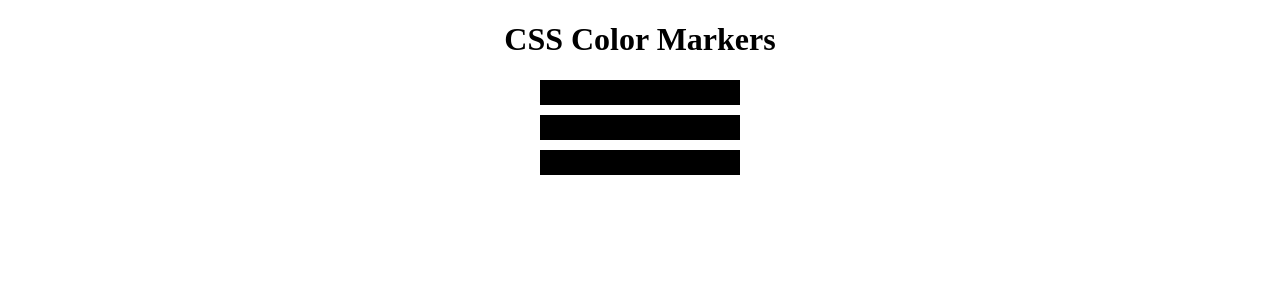
Repository: AimenDje/ColoredMarkers
Page: index.html
An editor plug-in stored every save of this project. The page is shown before and after the next save, followed by the edit.
The browser window is 1280 px wide. The pictures show the whole page.

Above is the page before, as saved 2025-05-08 16:12:24.

After the next save:
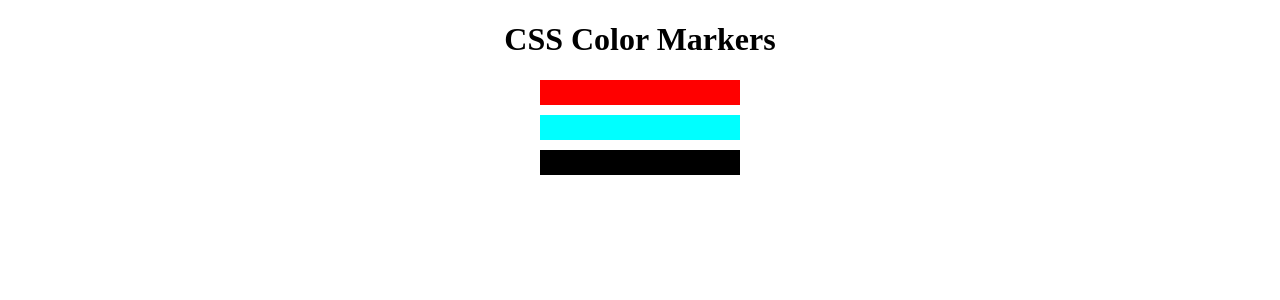
Saved 85 s later.
--- a/styles.css
+++ b/styles.css
@@ -8,13 +8,13 @@
     margin: 10px auto;
   }
 
-.one {
-    background-color: rgb(0, 0, 0);
-}
+  .one {
+    background-color: rgb(255, 0, 0);
+  }
 
-.two {
-    background-color: rgb(0, 0, 0);
-}
+  .two {
+    background-color: rgb(0, 255, 255);
+  }
 
 .three {
     background-color: rgb(0, 0, 0);
